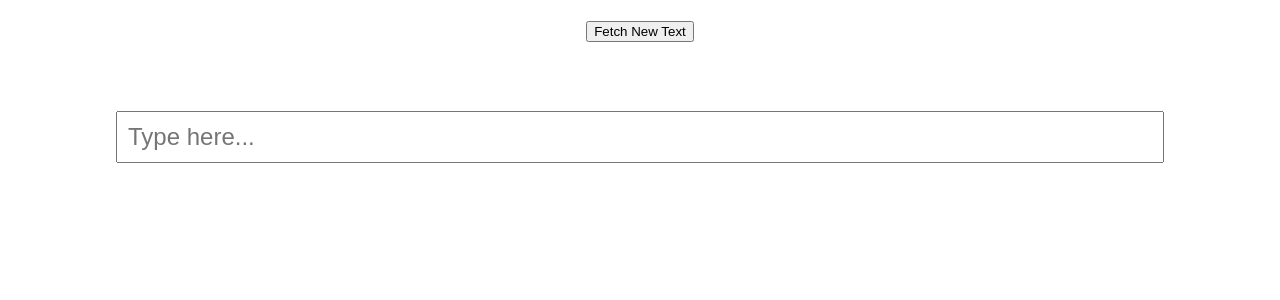
Repository: abhaysharma20233009/swiftKey
Page: / (app in frontend/my-app/)
The author's editor kept a copy of each file at every save. The page is drawn from the files as they stood at one save, then again after the next save.
The browser window is 1280 px wide. The pictures show the whole page.
The page's requests for data from a server got no answer. The project was rebuilt for these pictures with package versions that can differ from the ones it lists, and the page was loaded fresh each time. No one was signed in, and anything a server would have sent is missing. Also part of the build but not shown: frontend/my-app/src/App.css.

Above is the page before, as saved 2024-10-09 17:36:10.

After the next save:
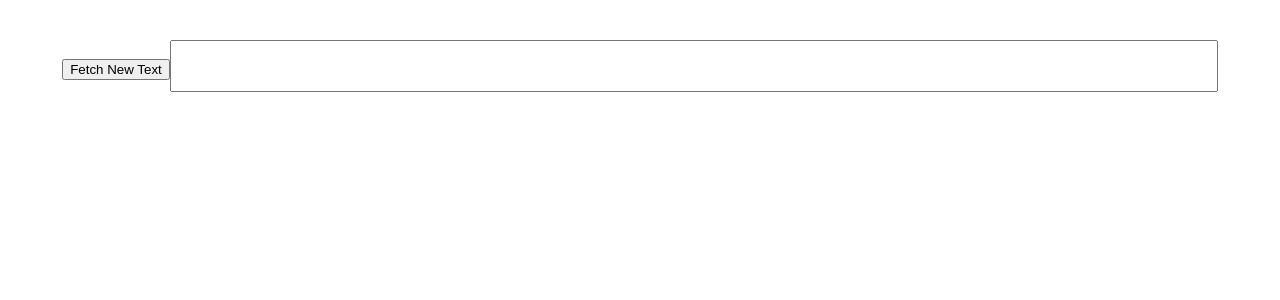
Saved 5 min 2 s later.
--- a/frontend/my-app/src/App.js
+++ b/frontend/my-app/src/App.js
@@ -26,20 +26,37 @@ function App() {
         const value = e.target.value;
         setInputValue(value);
 
-        // Check if the typed word matches the current word
         const words = message.split(' ');
-        if (value.trim() === words[currentWordIndex]) {
-            setCurrentWordIndex((prevIndex) => prevIndex + 1);
-            setInputValue(''); // Clear the input field
+        const currentWord = words[currentWordIndex];
+
+        // Check if the typed characters match the current word
+        if (currentWord.startsWith(value.trim())) {
+            if (value.trim() === currentWord) {
+                setCurrentWordIndex((prevIndex) => prevIndex + 1);
+                setInputValue(''); // Clear the input field
+            }
         }
     };
 
     const words = message.split(' ');
+    const currentWord = words[currentWordIndex] || '';
 
     return (
         <div style={{ textAlign: 'center', marginTop: '20px' }}>
             <button onClick={fetchMessages}>Fetch New Text</button>
-            <div style={{ fontSize: '24px', margin: '20px 0' }}>
+            <input
+                type="text"
+                value={inputValue}
+                onChange={handleInputChange}
+                style={{
+                    fontSize: '24px',
+                    width: '80%',
+                    padding: '10px',
+                    margin: '20px 0',
+                }}
+                placeholder={currentWord.slice(inputValue.length)} // Show remaining characters
+            />
+            <div style={{ fontSize: '24px', marginTop: '10px' }}>
                 {words.map((word, index) => (
                     <span
                         key={index}
@@ -53,17 +70,6 @@ function App() {
                     </span>
                 ))}
             </div>
-            <input
-                type="text"
-                value={inputValue}
-                onChange={handleInputChange}
-                style={{
-                    fontSize: '24px',
-                    width: '80%',
-                    padding: '10px',
-                }}
-                placeholder="Type here..."
-            />
         </div>
     );
 }
